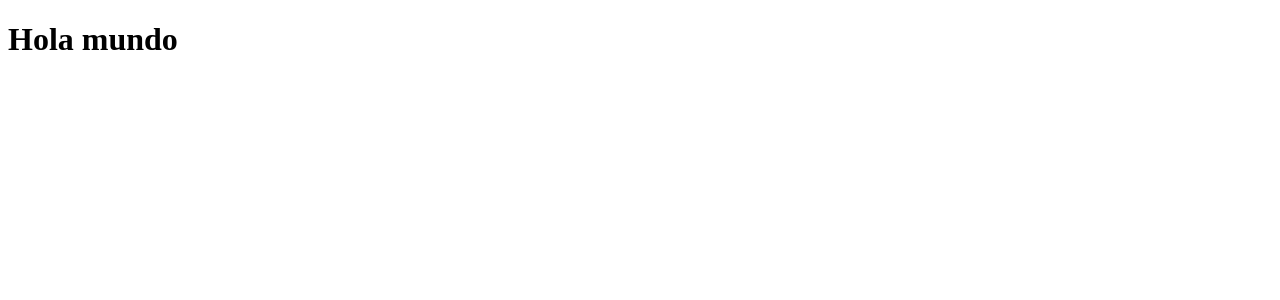
Repository: ErMamone/WebappV1.2
Page: http://localhost/holamundov3/
An editor plug-in stored every save of this project. The page is shown before and after a run of saves, followed by the edit.
The browser window is 1280 px wide. The pictures show the whole page.
The page is served by Tomcat 9. Other server files are loaded and not shown.

Above is the page before, as saved 2020-03-03 19:17:51.

### holamundov3/webapp/index.jsp
<%@ page language="java" contentType="text/html; charset=UTF-8"
	pageEncoding="UTF-8"%>
<!DOCTYPE html>
<html>
<head>
<meta charset="UTF-8">
<title>Insert title here</title>
</head>
<body>
	<h1>Hola mundo</h1>

</body>
</html>

After the next 2 saves:
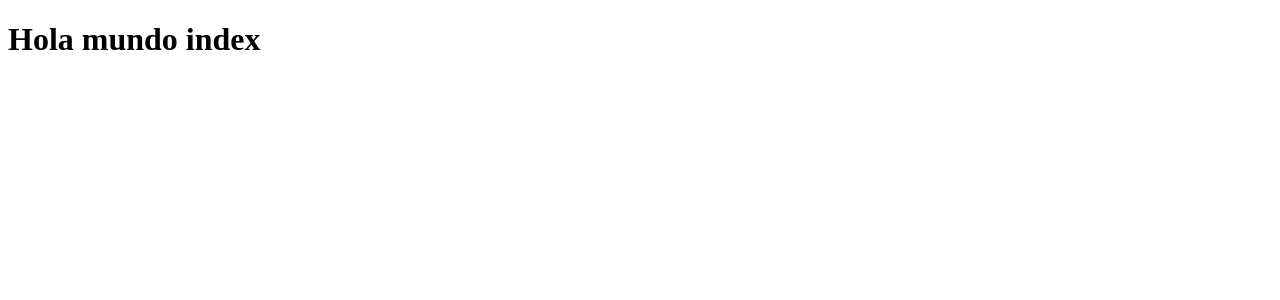
The 2 saves are shown as one change because they came seconds apart.
The last was saved 9 s later.
--- a/holamundov3/webapp/index.jsp
+++ b/holamundov3/webapp/index.jsp
@@ -7,7 +7,7 @@
 <title>Insert title here</title>
 </head>
 <body>
-	<h1>Hola mundo</h1>
+	<h1>Hola mundo index</h1>
 
 </body>
 </html>
